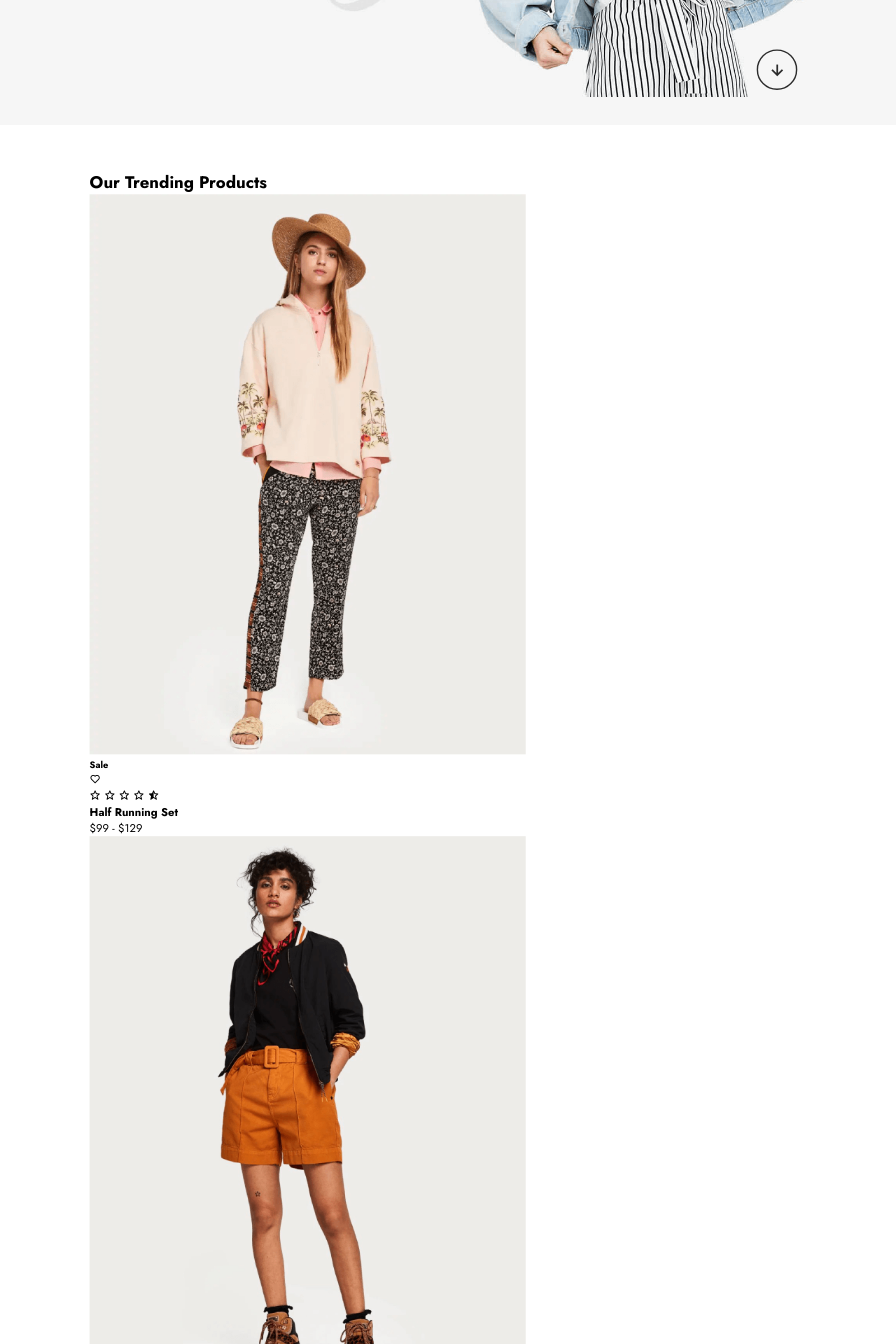
Repository: isaacCodes1/Kumo-Website.
Page: index.html
These files come from the project's save history. The page is drawn as it stood at one moment and after a run of saves; the edit follows.
The browser window is 1280 px wide. The pictures show the part of the page from y = 541 to 2461 px (the page is 8181 px tall before and 8187 px after), at 70% of full size.

Above is the page before, as saved 2024-03-22 13:40:39.

After the next 6 saves:
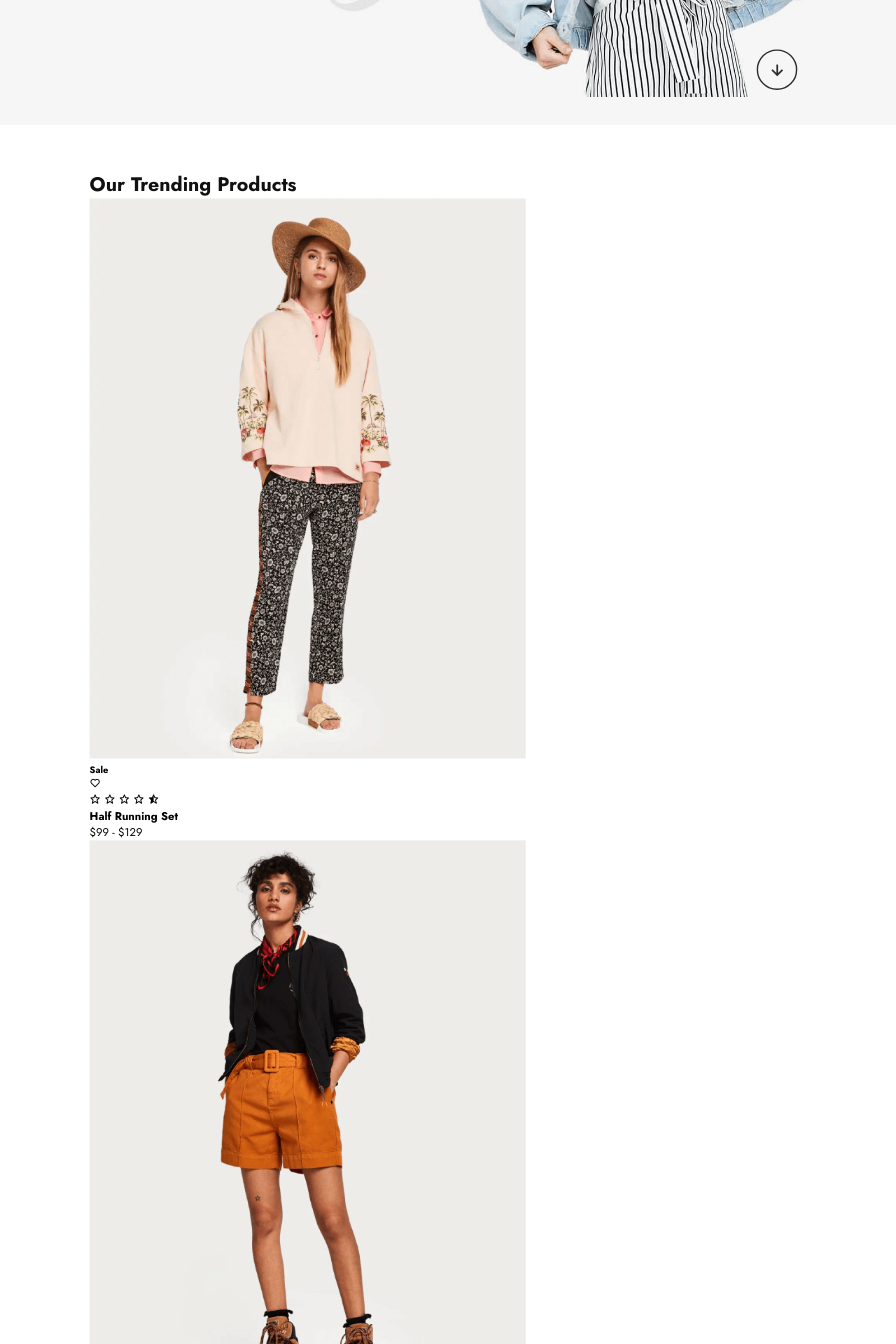
The 6 saves are shown as one change because they came seconds apart.
The last was saved 17 s later.
--- a/style.css
+++ b/style.css
@@ -134,4 +134,7 @@ header.sticky{
     box-shadow: 0px 0px 10px rgb(0 0 0 /10%);
 }
 /* trending-section-css */
-.center
+.center-text h2{
+    color: #111;
+    font-size: 28px;
+}
